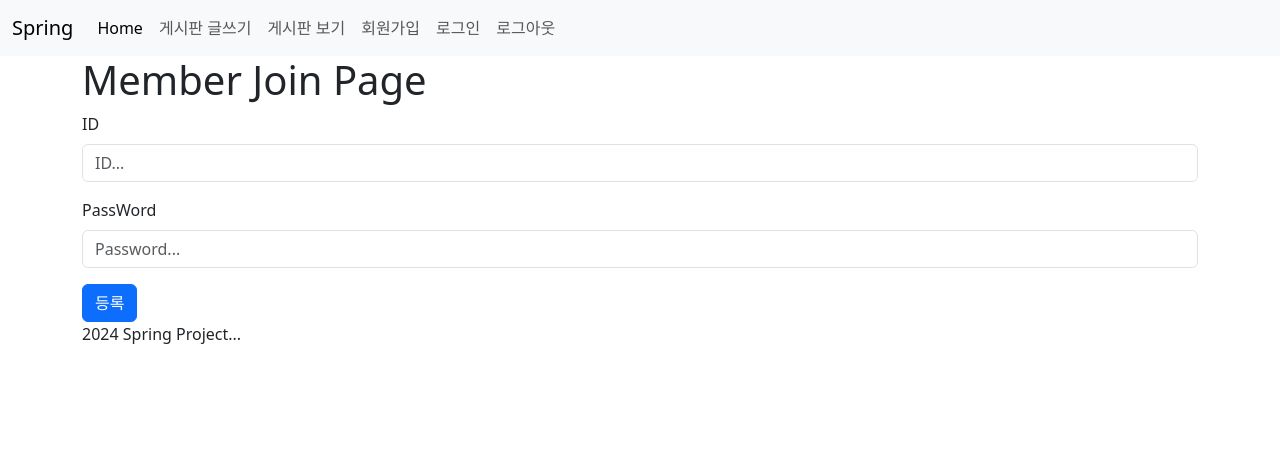
Repository: dhalfks/springTest240430
Page: http://localhost/spring_study/WEB-INF/views/member/register.jsp
These files come from the project's save history. The page is drawn as it stood at one moment and after the next save; the edit follows.
The browser window is 1280 px wide. The pictures show the whole page.
The page is served by Tomcat 9. Nobody is signed in. The template is opened directly, without the code that normally fills it, so the values that code supplies are empty.

Above is the page before, as saved 2024-04-25 05:50:53.

After the next save:
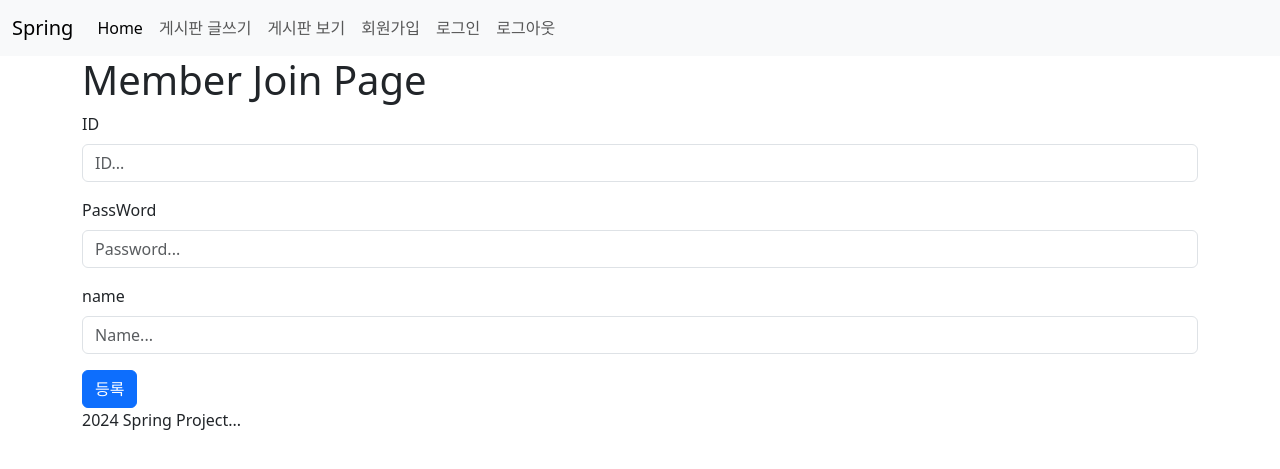
Saved 19 s later.
--- a/spring_study/src/main/webapp/WEB-INF/views/member/register.jsp
+++ b/spring_study/src/main/webapp/WEB-INF/views/member/register.jsp
@@ -13,6 +13,10 @@
 	  <label for="p" class="form-label">PassWord</label>
 	  <input type="text" class="form-control" name="pw" id="p" placeholder="Password...">
 	</div>
+	<div class="mb-3">
+	  <label for="n" class="form-label">name</label>
+	  <input type="text" class="form-control" name="name" id="n" placeholder="Name...">
+	</div>
 
 	<button type="submit" class="btn btn-primary">등록</button>
 </form>
